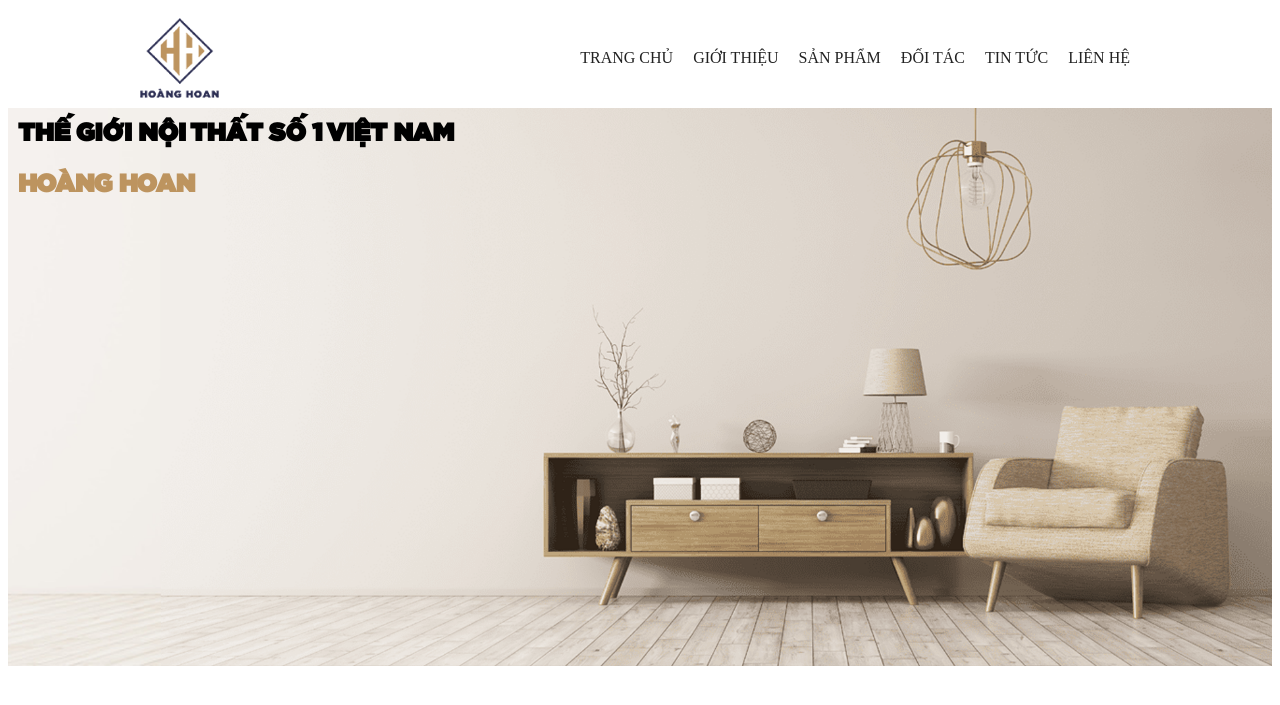
Repository: LDDUNG2003/front_end
Page: index.html
These files come from the project's save history. The page is drawn as it stood at one moment and after the next save; the edit follows.
The browser window is 1280 px wide. The pictures show the whole page.

Above is the page before, as saved 2023-08-28 22:08:42.

### index.html
<!DOCTYPE html>
<html lang="en">

<head>
    <meta charset="UTF-8">
    <meta name="viewport" content="width=device-width, initial-scale=1.0">
    <title>Document</title>
    <link rel="stylesheet" href="./public/css/base.css">
    <link rel="stylesheet" href="./public/css/home.css">
</head>

<body>
    <div class="main">
        <div class="header">
            <div class="navBar">
                <img src="./public/img/logo.png" alt="logo" class="logo">
                <ul class="navBar__list">
                    <li class="navBar__list-item"><a href="" class="navBar__list--link">trang chủ</a></li>
                    <li class="navBar__list-item">
                        <a href="" class="navBar__list--link">giới thiệu</a>
                    </li>
                    <li class="navBar__list-item">
                        <a href="" class="navBar__list--link">sản phẩm</a>
                    </li>
                    <li class="navBar__list-item">
                        <a href="" class="navBar__list--link">đối tác</a>
                    </li>
                    <li class="navBar__list-item">
                        <a href="" class="navBar__list--link">tin tức</a>
                    </li>
                    <li class="navBar__list-item">
                        <a href="" class="navBar__list--link">liên hệ</a>
                    </li>
                </ul>
            </div>
        </div>
        <div class="content">
            <div class="content__banner">
                <div class="content--list-image">
                    <img class="content--image" src="./public/img/banner.png" alt="">
                </div>
                <div class="banner--content">
                    <div class="banner--content-title">
                        <h2 class="banner--content-text">THẾ GIỚI NỘI THẤT SỐ 1 VIỆT NAM</h2>
                        <h2 class="banner--content-text" style="color: var(--primary-color)">hoàng hoan</h2>
                    </div>
                </div>
            </div>
            <div class="footer"></div>
        </div>
</body>

</html>

### public/css/base.css
:root {
    --primary-color: #bd945f;
    --text-color: #222222;
}


/* font setting */

@font-face {
    font-family: "gotham-family";
    src: url(../front/Gotham-Medium.otf);
    font-family: "gotham-linear";
    src: url(../front/Gotham-Thin.otf);
    font-family: "gotham-utral";
    src: url(../front/Gotham-Ultra.otf);
}

* {
    font-family: "gotham-family";
}

.main {
    width: 100%;
}

.header {
    padding: 10px 0px;
    margin: auto;
    width: 100%;
    max-width: 1000px;
}

.navBar {
    display: flex;
    width: 100%;
    justify-content: space-between;
}

.logo {
    height: 80px;
}

.navBar__list {
    display: flex;
    list-style: none;
    align-items: center;
}

.navBar__list-item {
    margin: 0 10px;
}

.navBar__list--link {
    text-transform: uppercase;
    font-size: 16px;
    color: var(--text-color);
    text-decoration: none;
}

### public/css/home.css
.content {
    width: 100%;
}

.content__banner {
    width: 100%;
    position: relative;
}

.content--list-image {
    width: 100%;
    max-width: 1300px;
    margin: auto;
}

.content--image {
    width: 100%;
}

.banner--content {
    position: absolute;
    top: -10px;
    left: 10px;
}

.banner--content-title {}

.banner--content-text {
    text-transform: uppercase;
    font-family: 800;
    font-family: "gotham-utral";
    font-size: 25px;
}

After the next save:
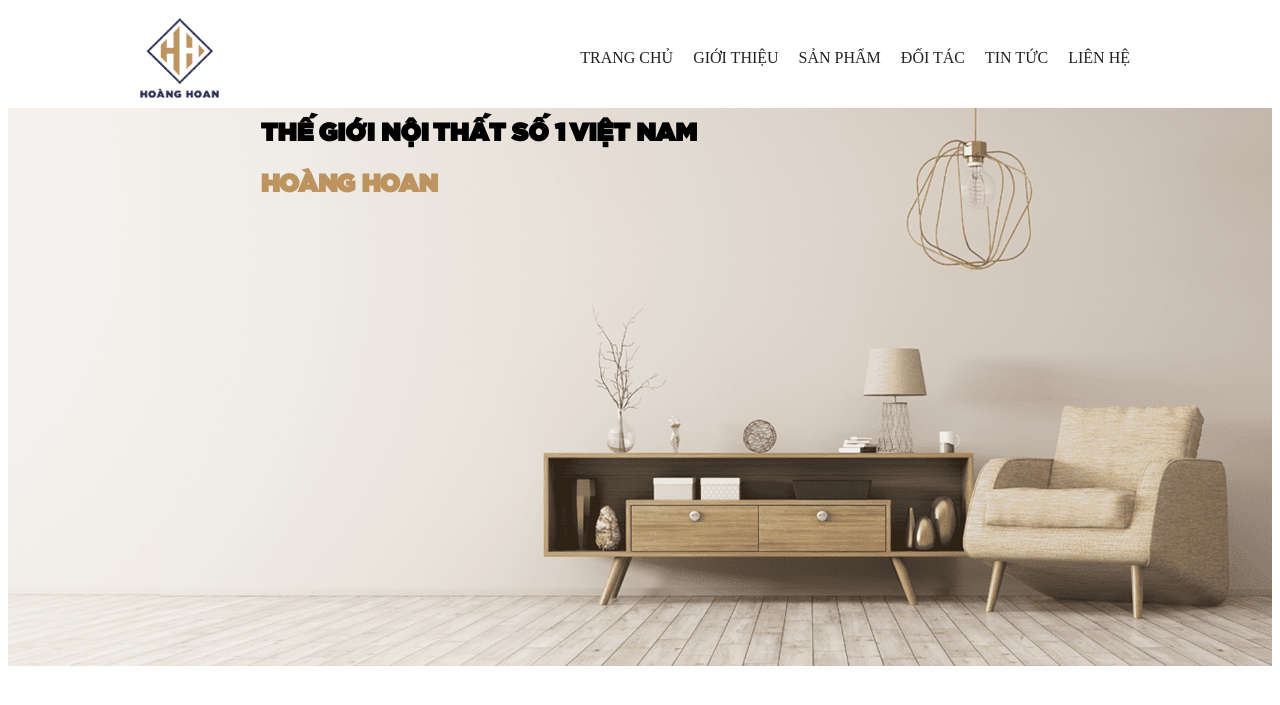
Saved 6 s later.
--- a/public/css/home.css
+++ b/public/css/home.css
@@ -20,7 +20,7 @@
 .banner--content {
     position: absolute;
     top: -10px;
-    left: 10px;
+    left: 20%;
 }
 
 .banner--content-title {}
